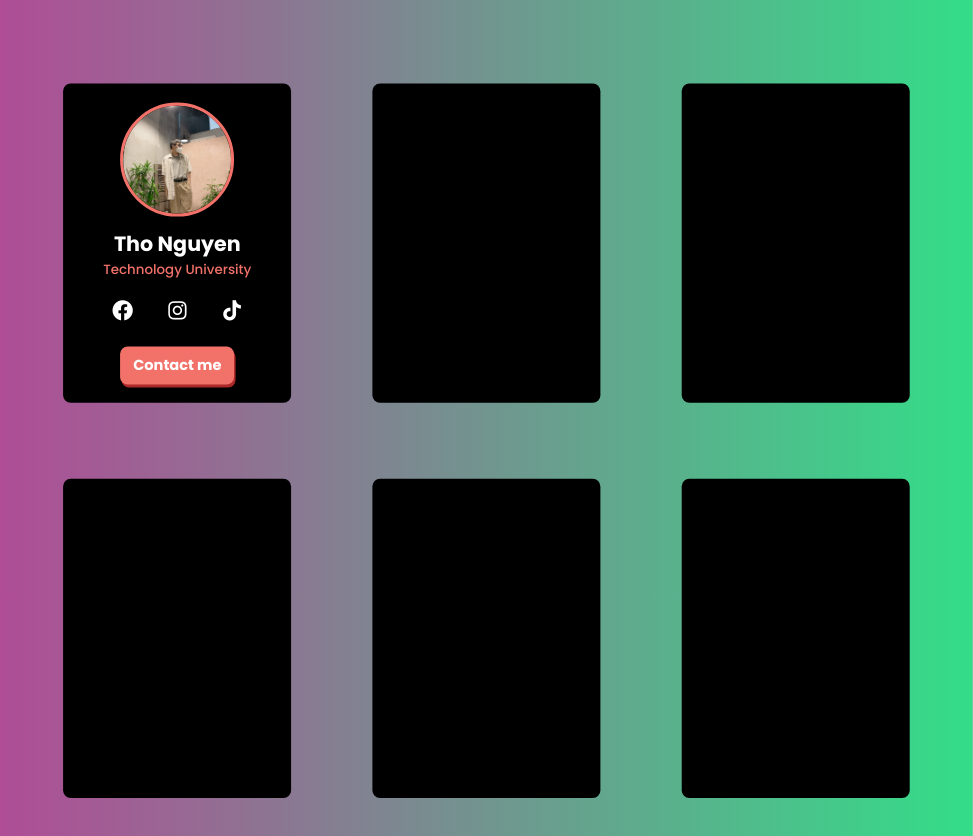
Repository: lausamtuong/profileCard
Page: index.html
The author's editor kept a copy of each file at every save. The page is drawn from the files as they stood at one save, then again after a run of saves.
The browser window is 1280 px wide. The pictures show the whole page, at 76% of full size.
The style sheet was rebuilt from its Sass, Less or Tailwind sources for each picture, by a compiler version that may differ from the author's.

Above is the page before, as saved 2021-12-14 18:25:20.

After the next 2 saves:
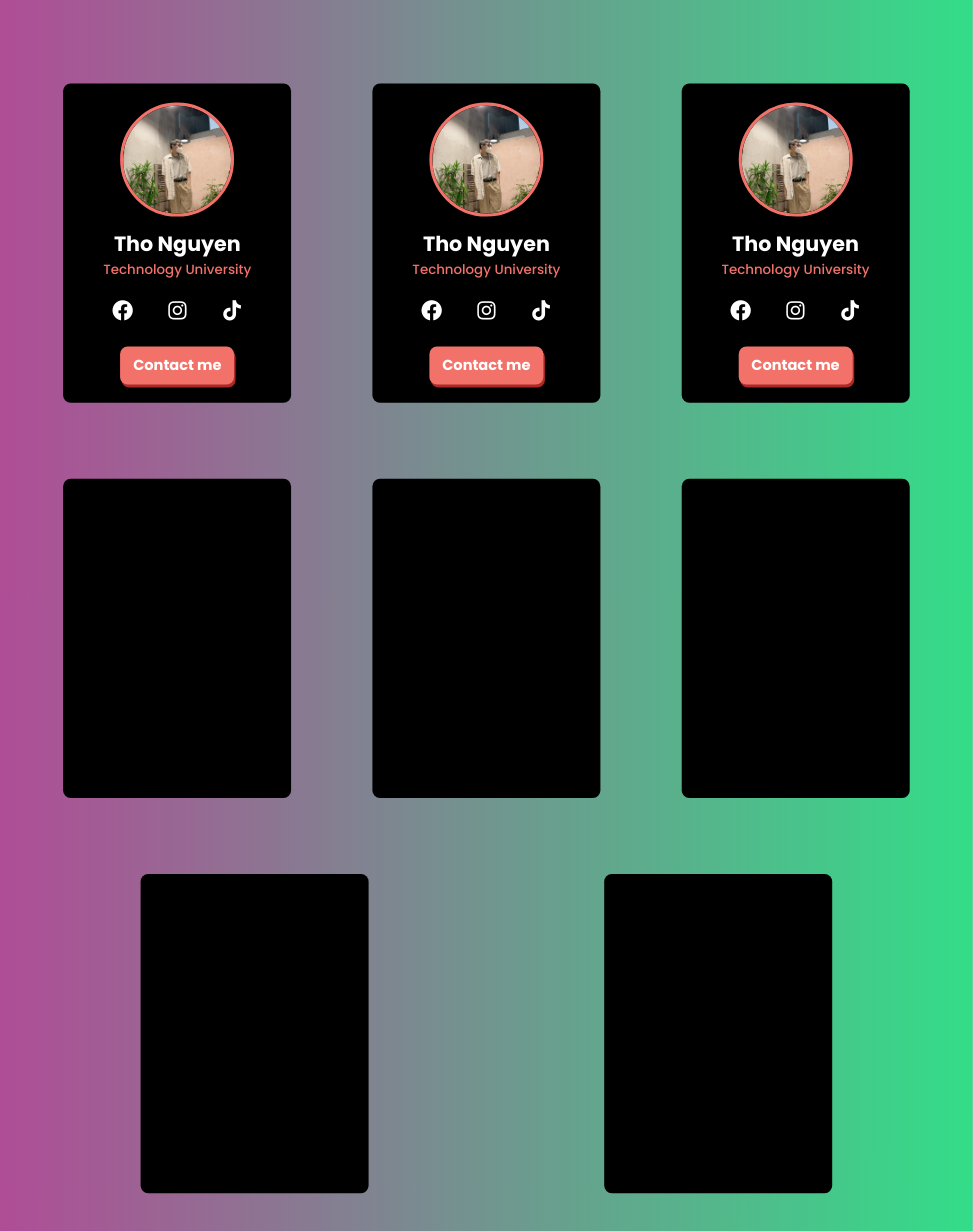
The 2 saves are shown as one change because they came seconds apart.
The last was saved 3 min 38 s later.
--- a/index.html
+++ b/index.html
@@ -29,6 +29,40 @@
             </div>
             <div class="card__btn">Contact me</div>
         </div>
+        <div class="card__item">
+
+            <div class="card__image">
+                <img src="tho.jpg" alt="">
+            </div>
+            <div class="card__name">Tho Nguyen</div>
+            <div class="card__school">Technology University</div>
+            <div class="card__social">
+                <a href="https://www.facebook.com/profile.php?id=100013469562736">
+                    <i class='bx bxl-facebook-circle'></i>
+                </a>
+                <a href=""> <i class='bx bxl-instagram' ></i></a>
+                <a href=""> <i class='bx bxl-tiktok'></i></a>
+
+            </div>
+            <div class="card__btn">Contact me</div>
+        </div>
+        <div class="card__item">
+
+            <div class="card__image">
+                <img src="tho.jpg" alt="">
+            </div>
+            <div class="card__name">Tho Nguyen</div>
+            <div class="card__school">Technology University</div>
+            <div class="card__social">
+                <a href="https://www.facebook.com/profile.php?id=100013469562736">
+                    <i class='bx bxl-facebook-circle'></i>
+                </a>
+                <a href=""> <i class='bx bxl-instagram' ></i></a>
+                <a href=""> <i class='bx bxl-tiktok'></i></a>
+
+            </div>
+            <div class="card__btn">Contact me</div>
+        </div>
         <div class="card__item"></div>
         <div class="card__item"></div>
         <div class="card__item"></div>
